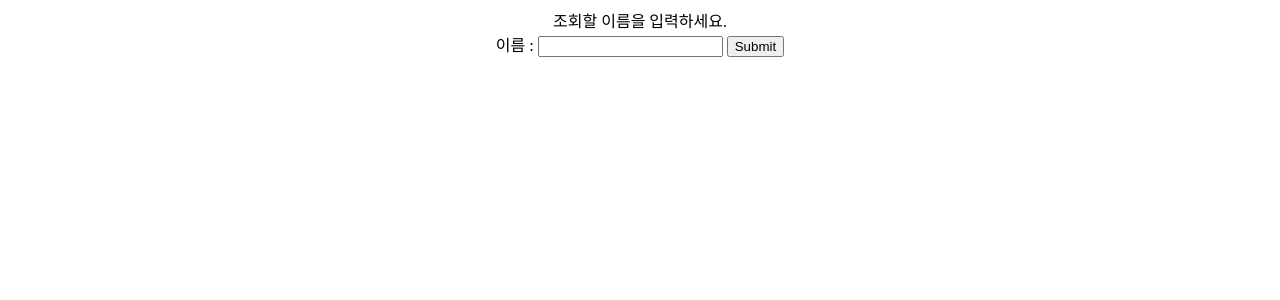
Repository: ljdongz/jsp-study
Page: jspbook/src/main/webapp/ch06/select.html
These files come from the project's save history. The page is drawn as it stood at one moment and after the next save; the edit follows.
The browser window is 1280 px wide. The pictures show the whole page.

Above is the page before, as saved 2022-10-12 01:54:37.

After the next save:
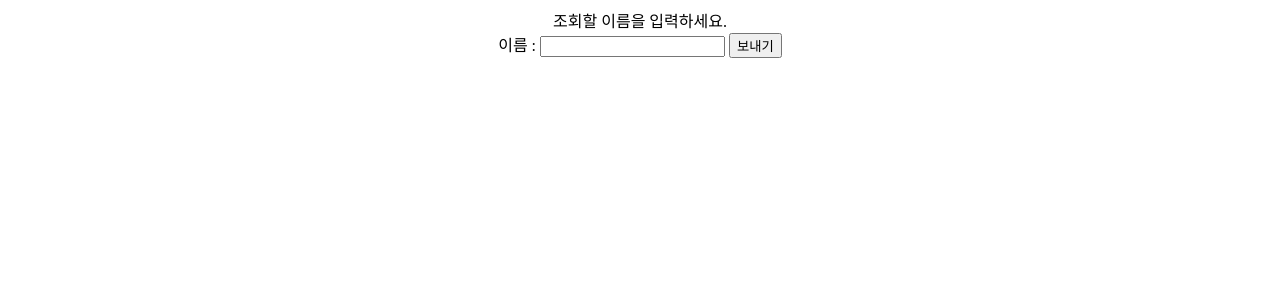
Saved 55 s later.
--- a/jspbook/src/main/webapp/ch06/select.html
+++ b/jspbook/src/main/webapp/ch06/select.html
@@ -7,9 +7,9 @@
 <body>
 	<div align=center>
 		조회할 이름을 입력하세요.<br>
-		<form action="selectstudent.jsp">
-			이름 : <input type=text name="username">
-			<input type=submit>
+		<form method=post name=test action="selectstudent.jsp">
+			이름 : <input type=text name=username>
+			<input type="submit" value="보내기">
 		</form>
 	</div>
 </body>
